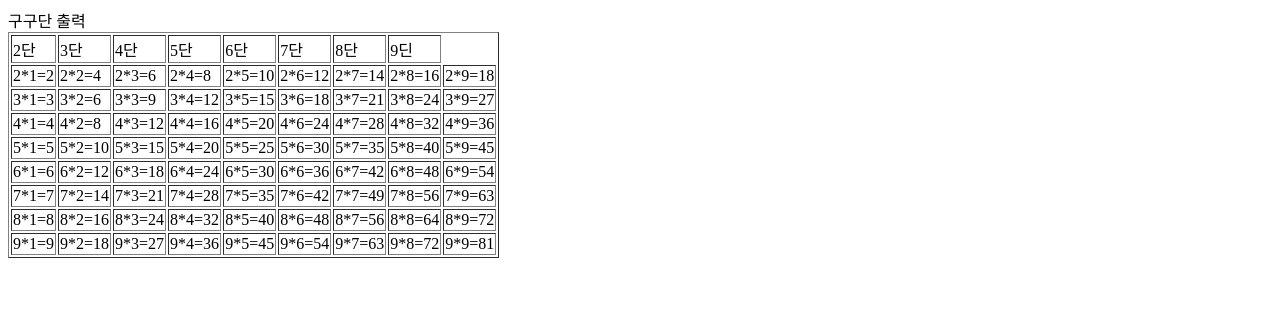
Repository: skrua3608/20201113
Page: http://localhost/20201109/ex0501.jsp
The author's editor kept a copy of each file at every save. The page is drawn from the files as they stood at one save, then again after the next save.
The browser window is 1280 px wide. The pictures show the whole page.
The page is served by Tomcat 9.

Above is the page before, as saved 2020-11-09 02:27:49.

After the next save:
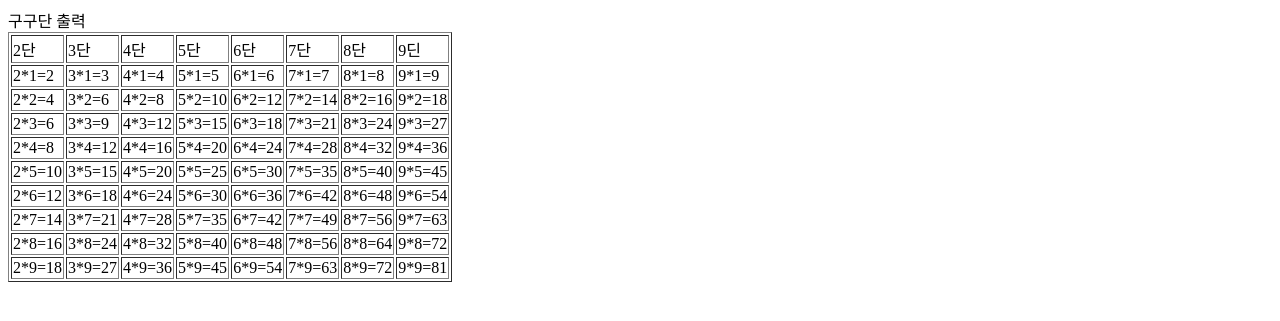
Saved 44 s later.
--- a/20201109/WebContent/ex0501.jsp
+++ b/20201109/WebContent/ex0501.jsp
@@ -15,10 +15,10 @@
 	</tr>
 
 <%
-	for (int i=2; i<10; i++){
+	for (int j=1; j<10; j++){
 		out.println("<tr>");
-		for(int j=1; j<10; j++){
-			out.println("<td>"+i+"*"+j+"="+(j*i)+"</td>");
+		for(int i=2; i<10; i++){
+			out.println("<td>"+i+"*"+j+"="+(j*i)+" </td>");
 		}
 	out.println("</tr>");
 	}
